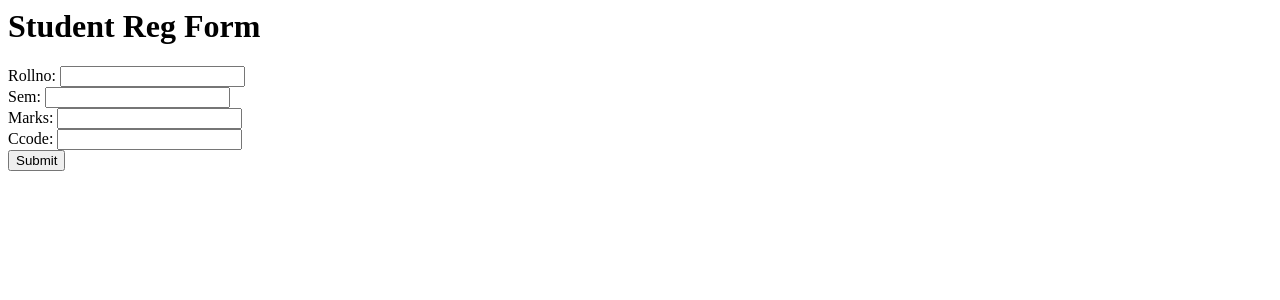
Repository: saikrishnaDsk/DelNex4D
Page: http://localhost/delnexd2mvc/
An editor plug-in stored every save of this project. The page is shown before and after the next save, followed by the edit.
The browser window is 1280 px wide. The pictures show the whole page.
The page is served by Tomcat 9.

Above is the page before, as saved 2020-01-11 06:17:18.

After the next save:
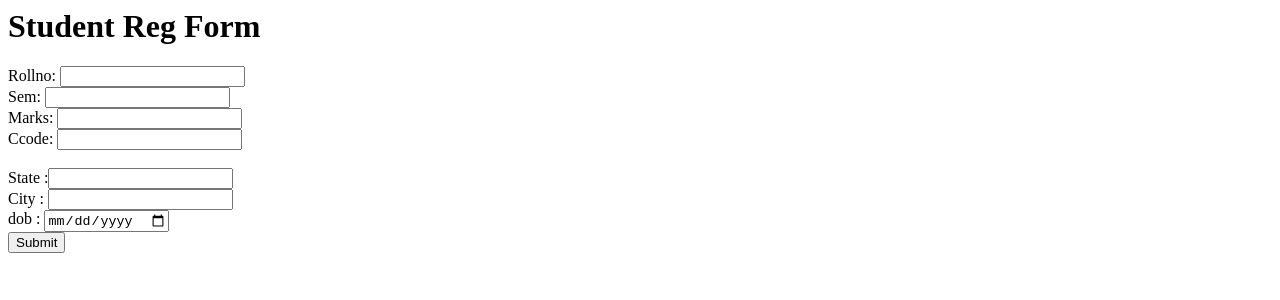
Saved 69 s later.
--- a/workspace-sts-3.9.9.RELEASE/delnexd2mvc/src/main/webapp/WEB-INF/views/home.jsp
+++ b/workspace-sts-3.9.9.RELEASE/delnexd2mvc/src/main/webapp/WEB-INF/views/home.jsp
@@ -1,21 +1,26 @@
-<%@ taglib uri="http://java.sun.com/jsp/jstl/core" prefix="c" %>
-<%@ page session="false" %>
+<%@ taglib uri="http://java.sun.com/jsp/jstl/core" prefix="c"%>
+<%@ page session="false"%>
 <html>
 <head>
-	<title>Home</title>
+<title>Home</title>
 </head>
 <body>
-<h1>
-	Student Reg Form
-</h1>
-<form action="saveStudent">
-Rollno: <input type="text" name="rno"><br>
-Sem:    <input type="text" name="sem"><br>
-Marks:  <input type="text" name="marks"><br>
-Ccode:  <input type="text" name="ccode"><br>
-		<input type="submit" value="Submit">
+	<h1>Student Reg Form</h1>
+	<form action="saveStudent">
+		Rollno: <input type="text" name="rno"><br>
+		 Sem: <input
+			type="text" name="sem"><br>
+		 Marks: <input type="text"
+			name="marks"><br>
+		 Ccode: <input type="text" name="ccode"><br>
+		<br>
+		State :<input type="text" name="address.state"> <br>
+		City : <input type="text" name="address.city"> <br>
+	   dob :  <input type="date" name="dob"> <br>
+	   <input type="submit"
+			value="Submit">
 
-</form>
+	</form>
 
 </body>
 </html>
